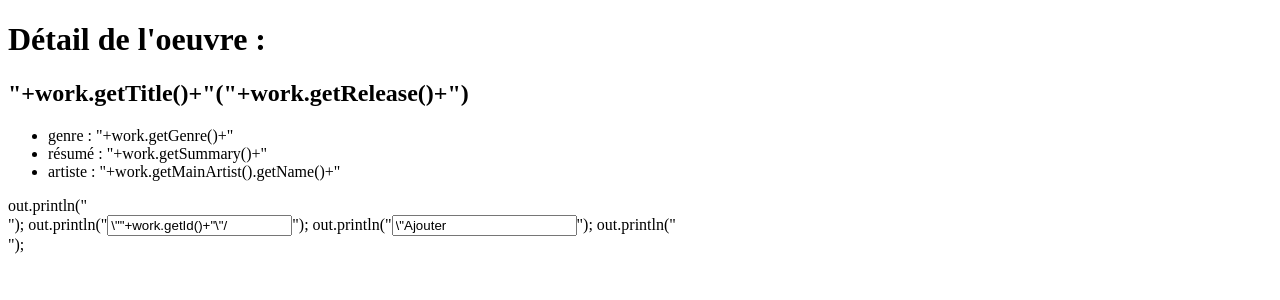
Repository: Fabff/javaWebService
Page: http://localhost/frontoffice/WEB-INF/work-details.jsp
An editor plug-in stored every save of this project. The page is shown before and after the next save, followed by the edit.
The browser window is 1280 px wide. The pictures show the whole page.
The page is served by Tomcat 9. Nobody is signed in. The template is opened directly, without the code that normally fills it, so the values that code supplies are empty.

Above is the page before, as saved 2023-04-22 18:54:02.

After the next save:
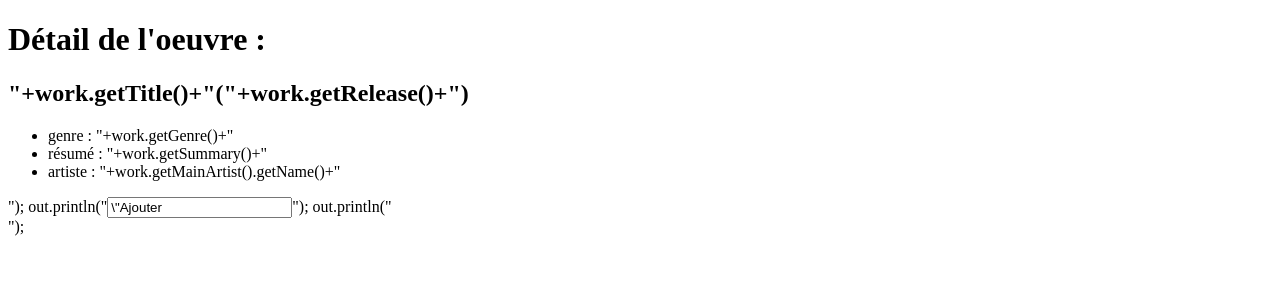
Saved 43 s later.
--- a/frontoffice/src/main/webapp/WEB-INF/work-details.jsp
+++ b/frontoffice/src/main/webapp/WEB-INF/work-details.jsp
@@ -16,8 +16,8 @@
 </ul>
 
 
-			out.println("<form action=\"addToCart\" method=\"POST\">");
-			out.println("<input type=\"hidden\" name=\"identifiant\" value=\""+work.getId()+"\"/>");
+<form action="addToCart" method="POST">
+<input type="hidden" name="identifiant" value="+work.getId()+"/>");
 			out.println("<input type=\"submit\" value=\"Ajouter au caddie\"/>");
 			out.println("</form>");
 </body>
